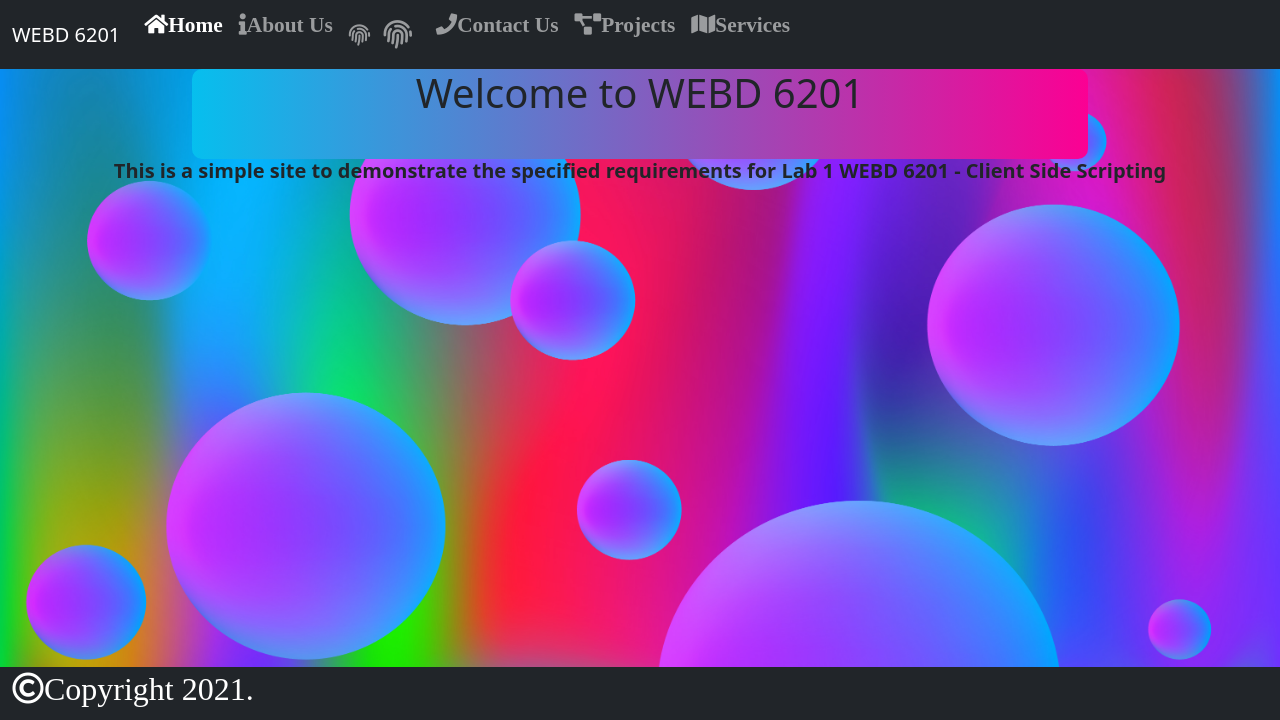
Repository: vans12345678/WEBD6201-W2021-Lab1
Page: index.html
These files come from the project's save history. The page is drawn as it stood at one moment and after the next save; the edit follows.
The browser window is 1280 px wide. The pictures show the whole page.

Above is the page before, as saved 2021-02-02 19:36:16.

After the next save:
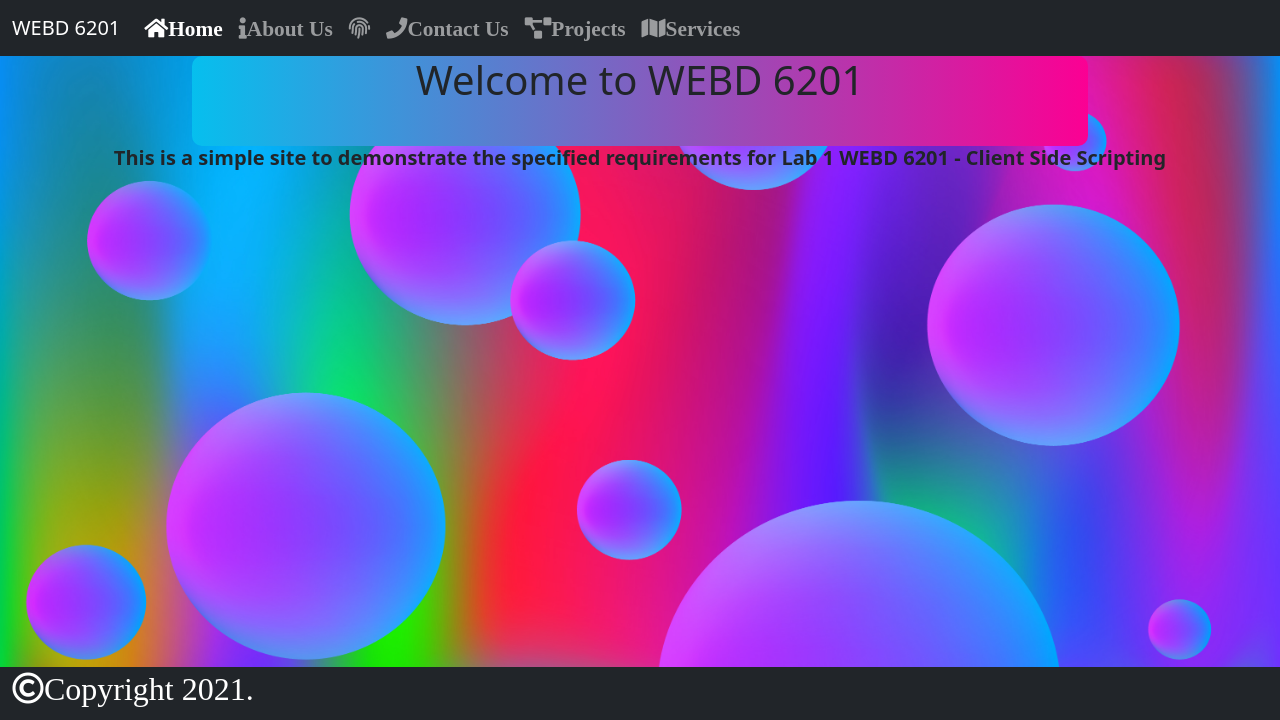
Saved 1 s later.
--- a/index.html
+++ b/index.html
@@ -28,8 +28,7 @@
                   <li class="nav-item">
                     <a id = "navAbout" class="nav-link fas fa-info fa-lg" aria-current="page" href="about.html"></a>
                   </li>
-                  <li class="nav-item">
-                    <a id = "navHumanResources" class="nav-link fas fa-fingerprint fa-lg" aria-current="page" href="human-resources.html"></a>
+                  <li class="nav-item" id = "navHumanResources">
                   </li>
                   <li class="nav-item">
                     <a id = "navContact" class="nav-link fas fa-phone fa-lg" aria-current="page" href="contact.html"></a>
